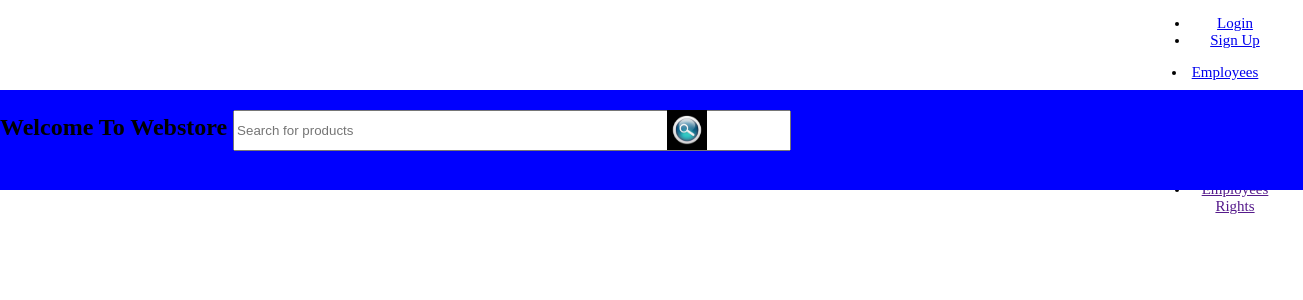
Repository: sourogithub/Final-yr-project-using-j2ee
Page: http://localhost/Webstore/JSP Pages/Front.jsp
The author's editor kept a copy of each file at every save. The page is drawn from the files as they stood at one save, then again after the next save.
The browser window is 1280 px wide. The page is 1280 px wide, then 1303 px, so the pictures cover 1303 px, including what lies to the right of the window. The pictures show the whole page.
The page is served by Tomcat 9.

Above is the page before, as saved 2017-04-11 11:11:54.

### Webstore/WebContent/JSP Pages/Front.jsp
<%@ page language="java" contentType="text/html; charset=ISO-8859-1"
    pageEncoding="ISO-8859-1"%>
<!DOCTYPE html PUBLIC "-//W3C//DTD HTML 4.01 Transitional//EN" "http://www.w3.org/TR/html4/loose.dtd">
<html>
<head>
<meta http-equiv="Content-Type" content="text/html; charset=ISO-8859-1">
<title>Top</title>
<link rel="stylesheet" type="text/css" href="../css/Front.css">
</head>
<body style="margin:0">
<div class="btn" align="center">
<div class="menu">
<ul>
<li><a href="Login.jsp">Login</a></li>
<li><a href="Sign_up.jsp">Sign Up</a></li>
</ul>
<li> <a href="http://cbi.nic.in/rt_infoact/rti.php">Employees</a>
           <ul>
           <li><a href="policelogin.jsp">Employees Information</a></li>
           <li><a href="policereg.jsp">Employees Registration</a></li>
           <li><a href="policelogin.jsp">Job Records</a></li>
           <li><a href="">Employees Rights</a></li>
           </ul></li>
</div></div>
<div id="Logo">
<h2>Welcome To Webstore
<input type="text" placeholder="Search for products" required style="border-width:2;width:550px;height:35px">
<a><img src="../images/search-images-17.jpg" height="40px" width="40px" style="position:fixed;right:573px"></a>
</h2>
</div>

</body>
</html>

### Webstore/WebContent/css/Front.css
.menu
{
	height:10px;
	 font-size:15px;
	 float:right;
	width:130px;
	 top:0px;
	 display:inline-block;
}
#Logo
{
	background:blue;
	 height:100px;
	 position:fixed;
	 top:90px;
	 width:1370px;
}

After the next save:
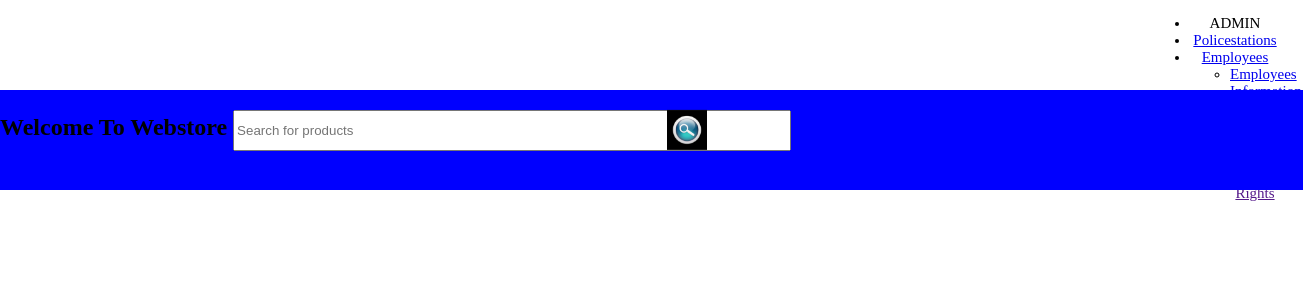
Saved 51 s later.
--- a/Webstore/WebContent/JSP Pages/Front.jsp
+++ b/Webstore/WebContent/JSP Pages/Front.jsp
@@ -11,16 +11,18 @@
 <div class="btn" align="center">
 <div class="menu">
 <ul>
-<li><a href="Login.jsp">Login</a></li>
-<li><a href="Sign_up.jsp">Sign Up</a></li>
-</ul>
-<li> <a href="http://cbi.nic.in/rt_infoact/rti.php">Employees</a>
+        <li>
+        <a>ADMIN</a>
+        </li>
+        <li> <a href="http://cbi.nic.in/rt_infoact/rti.php">Policestations</a> </li>
+        <li> <a href="http://cbi.nic.in/rt_infoact/rti.php">Employees</a>
            <ul>
            <li><a href="policelogin.jsp">Employees Information</a></li>
            <li><a href="policereg.jsp">Employees Registration</a></li>
            <li><a href="policelogin.jsp">Job Records</a></li>
            <li><a href="">Employees Rights</a></li>
-           </ul></li>
+           </ul>
+        </li>
 </div></div>
 <div id="Logo">
 <h2>Welcome To Webstore
